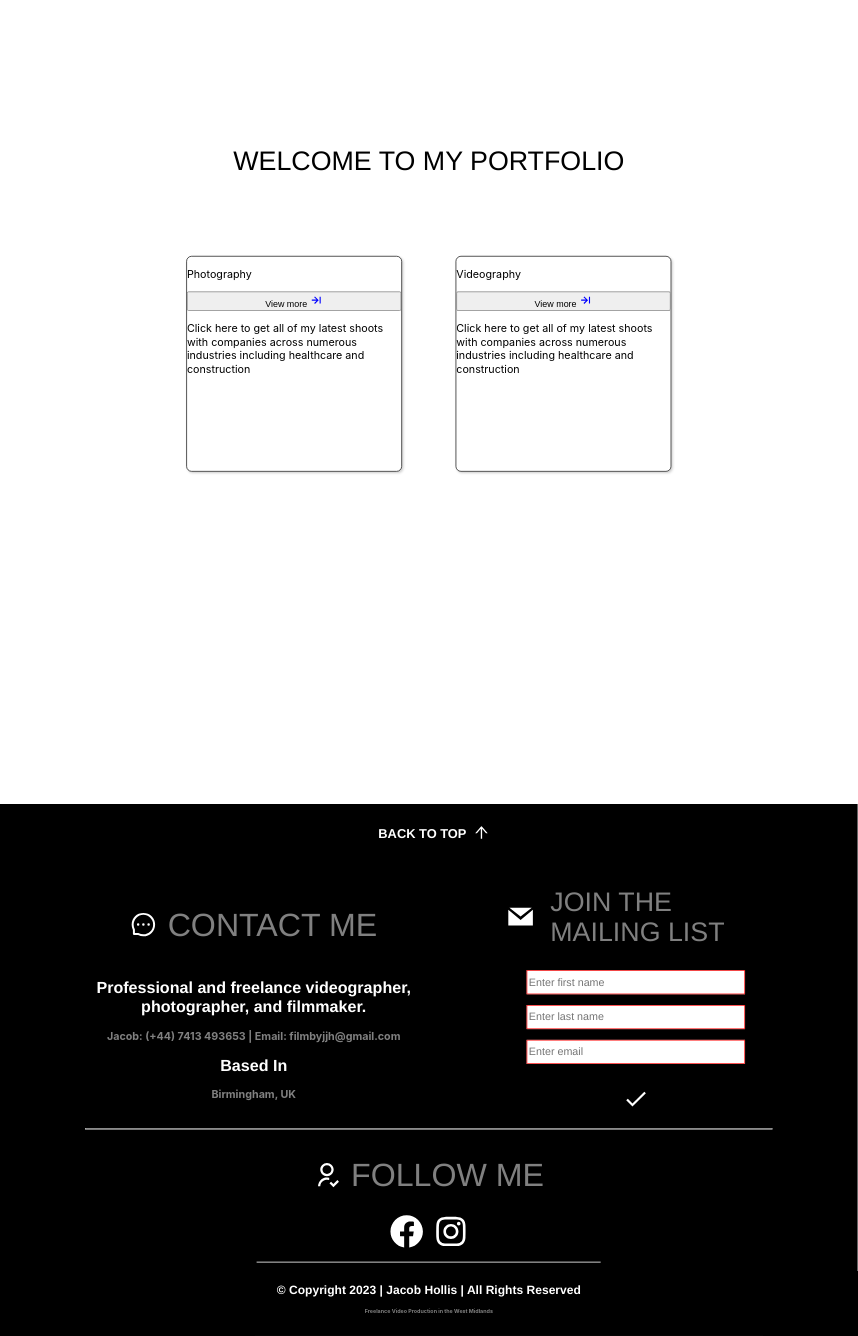
Repository: ThomasMTurner/filmbyjjh-portfolio
Page: /portfolio (app in client/)
The author's editor kept a copy of each file at every save. The page is drawn from the files as they stood at one save, then again after the next save.
The browser window is 1280 px wide. The pictures show the whole page, at 67% of full size.
The project was rebuilt for these pictures with package versions that can differ from the ones it lists, and the page was loaded fresh each time. Also part of the build but not shown: client/vite.config.js, client/src/pages/Components/TagComponents.jsx, client/src/pages/Components/Post.jsx, client/src/pages/Components/SearchBar.jsx, client/src/pages/Updates.jsx, client/src/pages/Contact.jsx, client/src/pages/Components/InitialLogin.jsx, client/src/pages/Home.jsx and 2 more. Imported but missing from the stored project, and not drawn on this page: client/src/pages/Components/Videos/header.mp4, client/src/pages/Components/Videos/portfolio-reel.mp4.

Above is the page before, as saved 2023-10-20 12:50:00.

After the next save:
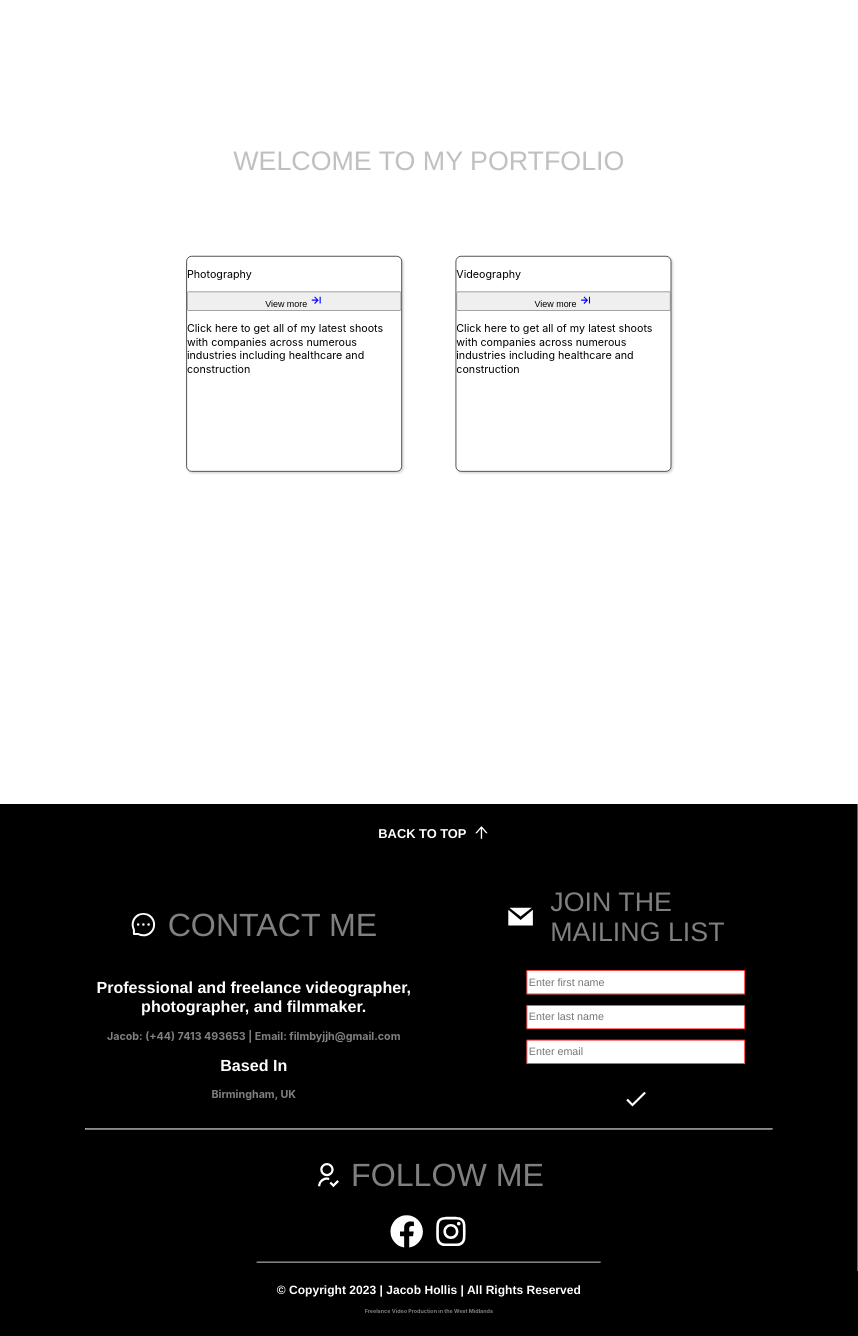
Saved 4 s later.
--- a/client/src/pages/Portfolio.jsx
+++ b/client/src/pages/Portfolio.jsx
@@ -14,7 +14,7 @@ const PortfolioCard = (props) => {
 export default function Portfolio() {
     return(
         <div style={{display:'flex', flexDirection:'column', justifyContent:'center', alignItems:'center', width:'100%', gap:'5rem', minHeight:'75rem', position:'relative', bottom:'10rem'}}>
-            <p style={{fontFamily:'helvetica', fontWeight:'200', fontSize:'2.5rem'}}>WELCOME TO MY PORTFOLIO</p>
+            <p style={{fontFamily:'helvetica', fontWeight:'200', fontSize:'2.5rem', color:'silver'}}>WELCOME TO MY PORTFOLIO</p>
             <div style={{display:'flex', flexDirection:'row', justifyContent:'center', alignItems:'center', width:'100%', gap:'5rem'}}>
                 <PortfolioCard title="Photography" desc="Click here to get all of my latest shoots with companies across numerous industries including healthcare and construction" />
                 <PortfolioCard title="Videography" desc="Click here to get all of my latest shoots with companies across numerous industries including healthcare and construction" />
